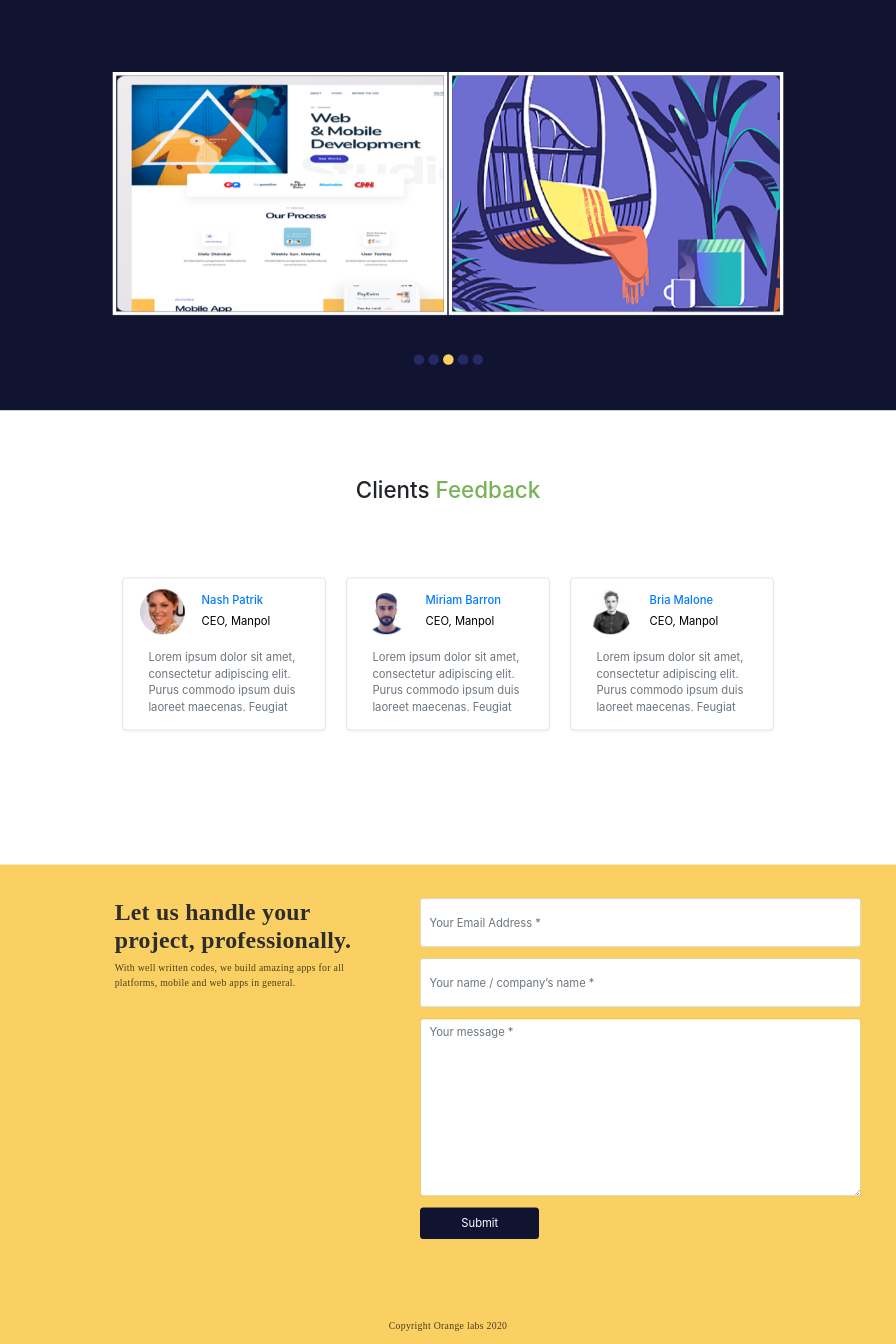
Repository: mdtahsinamin/creative-agency-client
Page: /
An editor plug-in stored every save of this project. The page is shown before and after the next save, followed by the edit.
The browser window is 1280 px wide. The pictures show the part of the page from y = 1460 to 3380 px (the page is 3380 px tall before and 3162 px after), at 70% of full size.
The page's requests for data from a server got no answer. The project was rebuilt for these pictures with package versions that can differ from the ones it lists, and the page was loaded fresh each time. No one was signed in, and anything a server would have sent is missing. Also part of the build but not shown: src/App.css, src/components/Home/ServiceDetail/ServiceDetail.css, src/components/Home/ServiceDetail/ServiceDetail.js, src/components/Share/ExtraAppBar/ExtraAppBar.css, src/components/Share/ExtraAppBar/ExtraAppBar.js, src/components/Login/Login.css, src/components/Login/firebase.config.js, src/components/Login/LoginManager.js and 17 more.

Above is the page before, as saved 2020-10-17 21:39:52.

### src/App.js
import React, { createContext, useState } from 'react';
import './App.css';
import {
  BrowserRouter as Router,
  Switch,
  Route,
  Link
} from "react-router-dom";

import Home from './components/Home/Home/Home';
import ExtraAppBar from './components/Share/ExtraAppBar/ExtraAppBar';
import Login from './components/Login/Login';
import Dashboard from './components/Dashboard/Dashboard/Dashboard';
import AddService from './components/Dashboard/Dashboard/AddService/AddService';
import Review from './components/Dashboard/Dashboard/Review/Review';
import MakeAdmin from './components/Dashboard/Dashboard/MakeAdmin/MakeAdmin';
import ServiceList from './components/Dashboard/Dashboard/ServiceList/ServiceList';
import Order from './components/Dashboard/Dashboard/Order/Order';
import PrivateRoute from './components/PrivateRoute/PrivateRoute';
import CustomerServiceList from './components/Dashboard/Dashboard/customerServiceList/CustomerServiceList';


export const AgencyUser = createContext();

function App() {

  const [loginUser , setLoginUser] = useState({

  });

    return (

      <AgencyUser.Provider value={[loginUser, setLoginUser]}>
      <Router>
        <Switch>

          <Route path="/home">
            <Home></Home>
          </Route>

           <Route path="/login">
             <div>
               <ExtraAppBar side={false}></ExtraAppBar>
               <Login></Login>
             </div>
           </Route>

           <PrivateRoute path="/dashboard/:serviceTitle">
              <Dashboard></Dashboard>
           </PrivateRoute>
           <PrivateRoute path ='/order'>
             <Order></Order>
           </PrivateRoute>
           <PrivateRoute path="/addService">
             <AddService></AddService>
           </PrivateRoute>

           <PrivateRoute path="/review">
             <Review></Review>
           </PrivateRoute>

           <PrivateRoute path='/customerServiceList'>
              <CustomerServiceList></CustomerServiceList>
           </PrivateRoute>

           <PrivateRoute path='/serviceList'>
              <ServiceList></ServiceList>
           </PrivateRoute>

           <PrivateRoute path='/makeAdmin'>
             <MakeAdmin></MakeAdmin>
           </PrivateRoute>

          <Route exact path="/">
            <Home></Home>
          </Route>

        </Switch>
      </Router>
     </AgencyUser.Provider>

    );
}

export default App;

### src/components/Home/Home/Home.js
import React from 'react';
import ClientsFeedback from '../ClientsFeedback/ClientsFeedback';
import Footer from '../Footer/Footer';
import Header from '../Header/Header';
import OurWork from '../OurWork/OurWork';
import Services from '../Services/Services';
import SomeProvider from '../SomeProvider/SomeProvider';

const Home = () => {
    return (
        <div>
             <Header></Header>
             <SomeProvider></SomeProvider>
             <Services></Services>
             <OurWork></OurWork>
             <ClientsFeedback></ClientsFeedback>
             <Footer></Footer>
        </div>
    );
};

export default Home;

### src/components/Home/ClientsFeedback/ClientsFeedback.js
import React from 'react';

import client1  from '../../../images/customer-1.png'
import client2  from '../../../images/customer-2.png'
import client3  from '../../../images/customer-3.png'
import AllFeedbacks from '../AllFeedbacks/AllFeedbacks';
const ClientsFeedback = () => {

    const feedBacks =[
        {
            id:1,
            name:'Nash Patrik',
            profession: 'CEO, Manpol',
            image:client1,
            quote:'Lorem ipsum dolor sit amet, consectetur adipiscing elit. Purus commodo ipsum duis laoreet maecenas. Feugiat '
        },
        {
            id:2,
            name:'Miriam Barron',
            profession: 'CEO, Manpol',
            image:client2,
            quote:'Lorem ipsum dolor sit amet, consectetur adipiscing elit. Purus commodo ipsum duis laoreet maecenas. Feugiat '

        },
        {
            id:3,
            name:'Bria Malone',
            profession: 'CEO, Manpol',
            image:client3,
            quote:'Lorem ipsum dolor sit amet, consectetur adipiscing elit. Purus commodo ipsum duis laoreet maecenas. Feugiat '
        }
    ]


    return (
        <section className="services-container mt-5 pt-5 mb-5 pb-5">
        <div className="text-center">
            <h2 className='service-title'>Clients <span style={{color:' #7AB259'}}>Feedback</span></h2>
        </div>
        <div className="d-flex justify-content-center">
        <div className="w-75 card-deck mt-5 pt-5 mb-5 pb-5">
            {
                feedBacks.map(feedBack =><AllFeedbacks feedBack={feedBack} key={feedBack.id}></AllFeedbacks>)
            }
        </div>
    </div>
    </section>
    );
};

export default ClientsFeedback;

### src/components/Home/Footer/Footer.js
import React from 'react';
import './Footer.css'
const Footer = () => {
    return (
       <section className='footer-section mt-5'>

           <div style={{height:'600px'}} className='row d-flex justify-content-center mt-5'>

            <div className="col-md-4 offset-md-1">
                <h2 className='footer-title'>Let us handle your <br/> project, professionally.</h2>
                <p className='footer-description'>With well written codes, we build amazing apps for all <br/> platforms, mobile and web apps in general.</p>
            </div>

            <div className="col-md-6">
            <form action="">
                <div className="form-group">
                <input type="text" className="form-control" placeholder="Your Email Address *"/>
                </div>

                <div className="form-group">
                <input type="text" className="form-control" placeholder="Your name / company’s name *"/>
                </div>

                <div className="form-group">
               <textarea name="" className="form-control" id="" cols="30" rows="10" placeholder="Your message *"></textarea>
                </div>

                <div className="form-group">
                    <button type="button" className="hireUs-btn"> Submit </button>
                </div>
            </form>

            </div>

        </div>

        <div className="copyRight text-center">
                    <p>Copyright Orange labs {(new Date()).getFullYear()} </p>
        </div>

       </section>
    );
};

export default Footer;

### src/components/Home/Header/Header.js
import React from 'react';
import NavigationBar from '../../Share/NavigationBar/NavigationBar';
import HeaderMain from '../HeaderMain/HeaderMain';
import './Header.css'

const Header = () => {
    return (
        <div className='header-container'>
            <NavigationBar></NavigationBar>
            <HeaderMain></HeaderMain>
            <svg className='svg-icon' xmlns="http://www.w3.org/2000/svg" viewBox="0 0 1440 320"><path fill="#ffff" fillOpacity="1.5" d="M0,256L1440,32L1440,320L0,320Z"></path></svg>
        </div>
    );
};

export default Header;

### src/components/Home/OurWork/OurWork.js
import React from 'react';

import Slider from "react-slick";
import './OurWork.css';
import './slick.css'
import "slick-carousel/slick/slick.css";
import "slick-carousel/slick/slick-theme.css";
import carouselImgFirst from '../../../images/carousel-1.png'
import carouselImgSecond from '../../../images/carousel-2.png'
import carouselImgThird from '../../../images/carousel-3.png'
import carouselImgFour from '../../../images/carousel-4.png'
import carouselImgFive from '../../../images/carousel-5.png'


const OurWork = () => {
    let settings = {
        dots:true,
        infinite: true,
        autoplay: true,
        autoplaySpeed: 2000,
        slidesToShow: 2,
        slidesToScroll: 1,
        arrows: false,
        dotsClass:'button__bar',
        border: false
      };



    return (
        <section  className='mt-5 pt-5 mb-5 our-works-container'>
             <div className="text-center pt-5">
                <h2 style={{color:'#ffff'}} className='services-title'>Here are some of <span style={{color:' #7AB259'}}>our works</span></h2>
            </div>

            <div className="d-flex align-items-center justify-content-center">
                <div className="w-75 mt-5 pt-5 slider-container">
                <Slider {...settings}>
                    <div><img src={carouselImgFirst} alt=""/></div>
                    <div><img src={carouselImgSecond} alt=""/></div>
                    <div><img src={carouselImgThird} alt=""/></div>
                    <div><img src={carouselImgFour} alt=""/></div>
                    <div><img src={carouselImgFive} alt=""/></div>

                 </Slider>

                </div>
            </div>
        </section>
    );
};

export default OurWork;


/*



*/

### src/components/Home/Services/Services.js
import React, { useEffect, useState } from 'react';
import ServiceDetail from '../ServiceDetail/ServiceDetail';
import './Services.css';
import Web from '../../../images/icons/service1.png'
import gp from '../../../images/icons/service2.png'
import dev from '../../../images/icons/service3.png'
import Loader from '../../Share/Loader/Loader';

const Services = () => {

    const [serviceData,setServiceData] = useState([]);

    useEffect(()=>{

        async function loadData() {
            const request = await fetch('http://localhost:5200/allService')

            return request;
        }

        loadData().then(res => res.json())
        .then(data=> setServiceData(data));

    },[])


    return (
        <section className="services-container mt-5">
            <div className="text-center">
                <h2 className='services-title'>Provide awesome <span style={{color:' #7AB259'}}>services</span></h2>
            </div>
          <div className="d-flex justify-content-center">
            <div className="w-75 row mt-5 pt-5">
                {  (serviceData.length === 0)  ? <Loader></Loader>:
                    serviceData.map(service => <ServiceDetail service={service} key={service._id}></ServiceDetail>)
                }
            </div>
        </div>
        </section>
    );
};

export default Services;

### src/components/Home/SomeProvider/SomeProvider.js
import React from 'react';

import slack from '../../../images/logos/slack.png'
import google from '../../../images/logos/google.png'
import uber from '../../../images/logos/uber.png'
import netflix from '../../../images/logos/netflix.png'
import airbnb from '../../../images/logos/airbnb.png';
import LogoCard from '../LogoCard/LogoCard';

const SomeProvider = () => {

    const providers =
    [
        {id:1,img:slack},
        {id:2,img:google},
        {id:3,img:uber},
        {id:4,img:netflix},
        {id:5,img:airbnb},
    ]



    return (
        <section className="d-flex justify-content-center mt-5 pb-5">
              <div className="w-75 row mb-5 pb-5">
                  {
                      providers.map(provider =><LogoCard provider={provider} key={provider.id}></LogoCard>)
                  }
              </div>
        </section>
    );
};

export default SomeProvider;

### src/components/Home/AllFeedbacks/AllFeedbacks.js
import React from 'react';

const AllFeedbacks = ({feedBack}) => {
    return (
        <div className="card shadow-sm">
            <div className="d-flex align-items-center">
                <img className="mx-4 mt-3" src={feedBack.image} alt="" width="64"/>
                <div>
                    <h6 className="text-primary mt-3">{feedBack.name}</h6>
                    <p style={{color:'black'}}  className="m-0">{feedBack.profession}</p>
                </div>
            </div>
            <div className="card-body">
               <p className="card-text text-secondary mx-3">{feedBack.quote}</p>
            </div>
       </div>
    );
};

export default AllFeedbacks;

### src/components/Home/Footer/Footer.css
.footer-section{
    background: #FBD062;
    background-size: cover;
    overflow: hidden;
}
.form-group input{
    width: 630px;
    height: 70px;
    border-radius: 4px;
}
.form-group textarea{
    width: 630px;
    height: 277px;
    border: 1px solid rgba(0, 0, 0, 0.1);
    box-sizing: border-box;
    border-radius: 4px;
}
.footer-title{
    font-family: Poppins;
    font-style: normal;
    font-weight: 600;
    font-size: 34px;
    letter-spacing: 0.396px;
    color: #2D2D2D;
}
.footer-description{
    font-family: Poppins;
    font-style: normal;
    font-weight: 300;
    font-size: 14px;
    letter-spacing: 0.396px;
    color: rgba(0, 0, 0, 0.7);

}
.copyRight{
    font-family: Poppins;
    font-style: normal;
    font-weight: 300;
    font-size: 14px;
    letter-spacing: 0.396px;
    color: rgba(0, 0, 0, 0.7);
}

### src/components/Share/NavigationBar/NavigationBar.js
import React, { useContext, useEffect, useState } from 'react';
import { Link, useHistory } from 'react-router-dom';
import { AgencyUser } from '../../../App';
import agencyLogo from '../../../images/logos/logo.png';
import './NavigationBar.css';
import jwt_decode from "jwt-decode";
const NavigationBar = () => {

    const[loginUser , setLoginUser] = useContext(AgencyUser);

    const history = useHistory();

    const handleChange = ()=>{
       history.push('/login');
    }

    const handleLoginUser = ()=>{

    }

    const [isAdmin ,setIsAdmin] = useState(false);


    useEffect(()=>{
        const loginUserEmail = loginUser.email || loginUser.currentEmail;

        fetch('http://localhost:5200/isAdmin',{
            method: 'POST',
            headers: { 'Content-Type': 'application/json'},
            body: JSON.stringify({loginUserEmail})
        }).then(response => response.json())
        .then(data => setIsAdmin(data));

    },[])


    //
    let currentName ='';
    let currentEmail=''

    if(!loginUser.email && sessionStorage.getItem('token')){
    const token = sessionStorage.getItem('token');
    if(token) {
      const decodedToken = jwt_decode(token);
        currentName = decodedToken.name;
        currentEmail = decodedToken.email;
     }
   }




    return (
       <div className="container">
              <nav className="navbar navbar-expand-lg navbar-light ">

                <Link to='/' className="navbar-brand"><img className="agencyLogo" src={agencyLogo} alt=""/></Link>

                <button class="navbar-toggler" type="button" data-toggle="collapse" data-target="#navbarSupportedContent" aria-controls="navbarSupportedContent" aria-expanded="false" aria-label="Toggle navigation">
                   <span class="navbar-toggler-icon"></span>
                </button>

             <div className="collapse navbar-collapse mt-5 pt-3" id="navbarSupportedContent">
                <ul className="navbar-nav ml-auto">

                <li className="nav-item mr-5">
                    <Link className="nav-link" to="/home">Home <span className="sr-only">(current)</span></Link>
                </li>

                <li className="nav-item mr-5">
                    <Link className="nav-link" to="/portfolios">Our Portfolio</Link>
                </li>

                <li className="nav-item mr-5">
                    <Link className="nav-link" to="/ourTeam">Our Team</Link>
                </li>
                <li className="nav-item mr-5">
                    <Link className="nav-link" to="/contactUs">Contact Us</Link>
                </li>

                { isAdmin && <li className="nav-item mr-5">
                    <Link className="nav-link" to="/serviceList">Admin Dashboard</Link>
                </li>
                }

                {!(loginUser.email||loginUser.currentEmail || currentEmail )&&<li className="nav-item mr-5">
                    <button onClick={handleChange} className='login-btn'>Login</button>
                </li>

                }

                {
                (loginUser.email||loginUser.currentEmail||currentEmail )&&<li className="nav-item mr-5">
                    <button onClick={handleLoginUser} className='login-btn'>Logout</button>
                </li>
                }
                </ul>
            </div>
         </nav>
       </div>
    );
};

export default NavigationBar;

### src/components/Home/HeaderMain/HeaderMain.js
import React from 'react';
import frame from '../../../images/logos/Frame.png'
import './HeaderMain.css'
const HeaderMain = () => {
    return (
        <main style={{height:'500px'}} className='row d-flex align-items-center'>
        <div className="col-md-4 offset-md-1">
            <h1 className='agency-title mb-4'>Let’s Grow Your <br/> Brand To The <br/> Next Level</h1>
            <p className='agency-description mb-5'>Lorem ipsum dolor sit amet, consectetur <br/> adipiscing elit. Purus commodo ipsum duis <br/> laoreet maecenas. Feugiat </p>
            <button className='hireUs-btn'>Hire us</button>
        </div>
        <div className="col-md-6">
            <img style={{width: '624.6px',height: '422.8px'}} src={frame} alt="" className="img-fluid"/>
        </div>
    </main>
    );
};

export default HeaderMain;

### src/components/Home/Header/Header.css
.header-container{
    background: #FBD062;
    background-size: cover;
    overflow: hidden;
}
.svg-icon{
    margin-top: -90px;
}

### src/components/Home/OurWork/OurWork.css
.our-works-container{
    background: #111430;
    height: 724px;
    overflow: hidden;
}

### src/components/Home/OurWork/slick.css
.button__bar {
    display: inline-block;
    vertical-align: middle;
    margin: auto;
    padding: 0;
    border-radius: 40px;
    text-align: center;
    margin-top: 50px;
  }

  .button__bar li {
    list-style: none;
    cursor: pointer;
    display: inline-block;
    margin: 0 3px;
    padding: 0;
  }

  .button__bar li button {
    border: none;
    background: #242A65;
    color: transparent;
    cursor: pointer;
    display: block;
    height: 15px;
    width: 15px;
    border-radius: 7.5px;
  }

  .button__bar li.slick-active button {
    background-color: #FBD062;
  }

  .button__bar li button:hover,
  .button__bar li button:focus {
    background: #FBD062;
    outline: 0;
  }

  .slick-slide img {
    border: 5px solid #fff;
    display: block;
    margin: auto;
  }

### src/components/Home/Services/Services.css
.services-title{
    font-family: Poppins;
    font-style: normal;
    font-weight: 600;
    font-size: 34px;
    text-align: center;
    letter-spacing: 0.396px;
    color: #2D2D2D;
}

### src/components/Share/Loader/Loader.js
import React from 'react';

const Loader = () => {
    return (
        <div className='text-center'>
            <div className="spinner-grow text-primary text-center" role="status">
             <span className="sr-only text-center">Loading...</span>
            </div>
            <div className="spinner-grow text-secondary text-center" role="status">
            <span className="sr-only text-center">Loading...</span>
            </div>
            <div className="spinner-grow text-success text-center" role="status">
            <span className="sr-only text-center">Loading...</span>
            </div>
            <div className="spinner-grow text-danger text-center" role="status">
            <span className="sr-only text-center">Loading...</span>
            </div>
            <div className="spinner-grow text-warning text-center" role="status">
            <span className="sr-only text-center">Loading...</span>
            </div>
            <div className="spinner-grow text-info text-center" role="status">
            <span className="sr-only text-center">Loading...</span>
            </div>
            <div className="spinner-grow text-light text-center" role="status">
            <span className="sr-only text-center">Loading...</span>
            </div>
            <div className="spinner-grow text-dark text-center" role="status">
            <span className="sr-only text-center">Loading...</span>
            </div>
        </div>
    );
};

export default Loader;

### src/components/Home/LogoCard/LogoCard.js
import React from 'react';
import './LogoCard.css';
const LogoCard = ({provider}) => {
    return (
        <div className='col-md-2 mr-4'>
            <img className='provider-img' src={provider.img} alt=""/>
        </div>
    );
};

export default LogoCard;

### src/components/Share/NavigationBar/NavigationBar.css
.agencyLogo{
    width: 150px;
    height: 47px;
    top:36.53px;
}
.login-btn{
    position: relative;
    width: 134px;
    height: 45px;
    left: 0px;
    top:-5px;
    background: #111430;
    border:none;
    border-radius: 5px;
    color: #ffffff;
    font-family: Roboto;
    font-style: normal;
    font-weight: normal;
    font-size: 16px;
    line-height: 24px;
}

### src/components/Home/HeaderMain/HeaderMain.css
.agency-title{
    font-family: Poppins;
    font-style: normal;
    font-weight: bold;
    font-size: 48px;
    letter-spacing: 0.01em;
    color: #111430;
}
.agency-description{
    font-family: Poppins;
    font-style: normal;
    font-weight: normal;
    font-size: 18px;
    letter-spacing: 0.005em;
    color: #000000;

}
.hireUs-btn{
    width: 170px;
    height: 45px;
    left: 135px;
    background: #111430;
    border: none;
    border-radius: 5px;
    color: #ffffff;
}

### src/components/Home/LogoCard/LogoCard.css
.provider-img{
    width: 140px;
    height: 36px;
    opacity: 0.9;
}

Loaded but not shown: public/index.html (common file); src/index.js (common file); src/index.css (common file); src/serviceWorker.js (common file); src/components/Dashboard/Dashboard/Review/Review.css (no stored copy; drawn as an empty file)

After the next save:
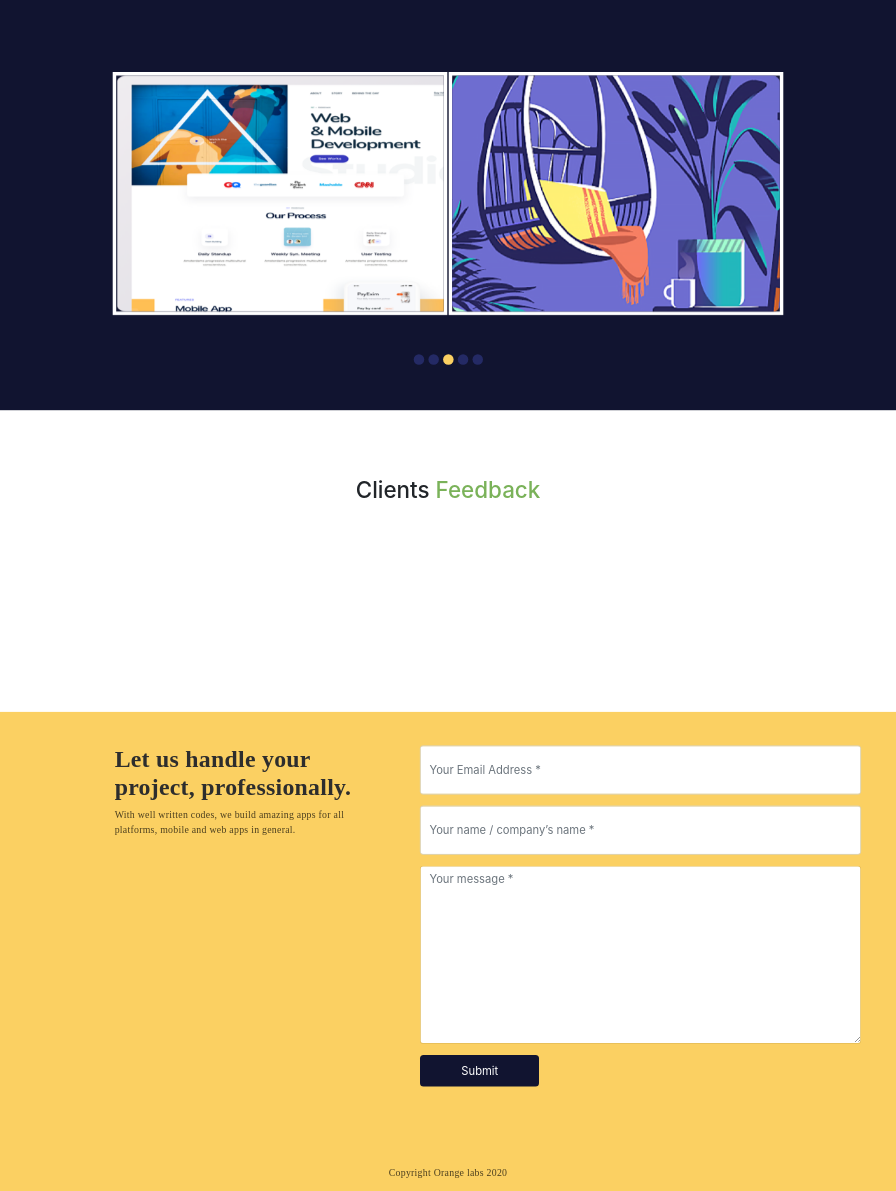
Saved 12 min 16 s later.
--- a/src/components/Home/ClientsFeedback/ClientsFeedback.js
+++ b/src/components/Home/ClientsFeedback/ClientsFeedback.js
@@ -1,35 +1,22 @@
-import React from 'react';
+import React, { useEffect, useState } from 'react';
 
-import client1  from '../../../images/customer-1.png'
-import client2  from '../../../images/customer-2.png'
-import client3  from '../../../images/customer-3.png'
-import AllFeedbacks from '../AllFeedbacks/AllFeedbacks';
 const ClientsFeedback = () => {
 
-    const feedBacks =[
-        {
-            id:1,
-            name:'Nash Patrik',
-            profession: 'CEO, Manpol',
-            image:client1,
-            quote:'Lorem ipsum dolor sit amet, consectetur adipiscing elit. Purus commodo ipsum duis laoreet maecenas. Feugiat '
-        },
-        {
-            id:2,
-            name:'Miriam Barron',
-            profession: 'CEO, Manpol',
-            image:client2,
-            quote:'Lorem ipsum dolor sit amet, consectetur adipiscing elit. Purus commodo ipsum duis laoreet maecenas. Feugiat '
 
-        },
-        {
-            id:3,
-            name:'Bria Malone',
-            profession: 'CEO, Manpol',
-            image:client3,
-            quote:'Lorem ipsum dolor sit amet, consectetur adipiscing elit. Purus commodo ipsum duis laoreet maecenas. Feugiat '
+    const [feedBacks,setFeedBacks] = useState([]);
+
+    useEffect(()=>{
+
+        async function loadData() {
+             const request = await fetch('http://localhost:5200/allReviews')
+
+             return request;
         }
-    ]
+
+        loadData().then(res => res.json())
+        .then(data =>setFeedBacks(data))
+
+    },[])
 
 
     return (
